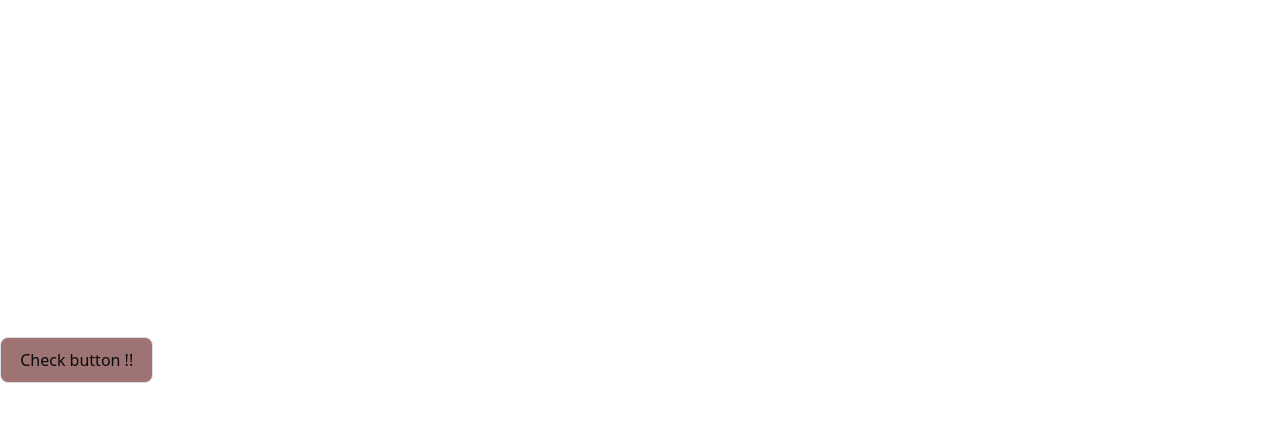
Repository: lowfel1/lms_projet
Page: / (app in client_side/)
An editor plug-in stored every save of this project. The page is shown before and after a run of saves, followed by the edit.
The browser window is 1280 px wide. The pictures show the whole page.
The pointer rests on the first visible `button`.
The project was rebuilt for these pictures with package versions that can differ from the ones it lists, and the page was loaded fresh each time. Also part of the build but not shown: client_side/vite.config.js.

Above is the page before, as saved 2025-05-10 22:20:59.

After the next 3 saves:
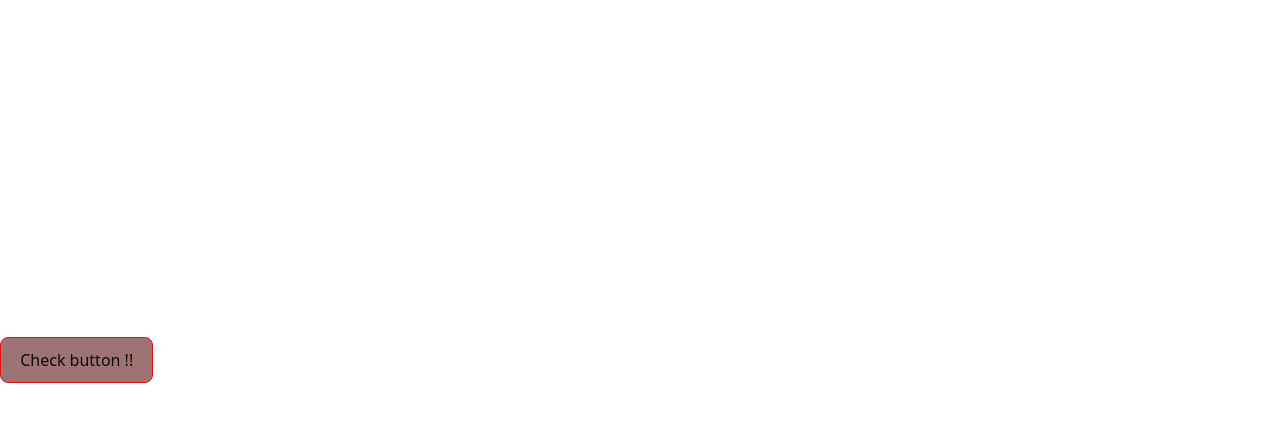
The 3 saves are shown as one change because they came seconds apart.
The last was saved 13 s later.
--- a/client_side/src/index.css
+++ b/client_side/src/index.css
@@ -88,7 +88,7 @@ button {
   transition: border-color 0.25s;
 }
 button:hover {
-  border-color: #dedee6;
+  border-color: #e61010;
 }
 button:focus,
 button:focus-visible {
